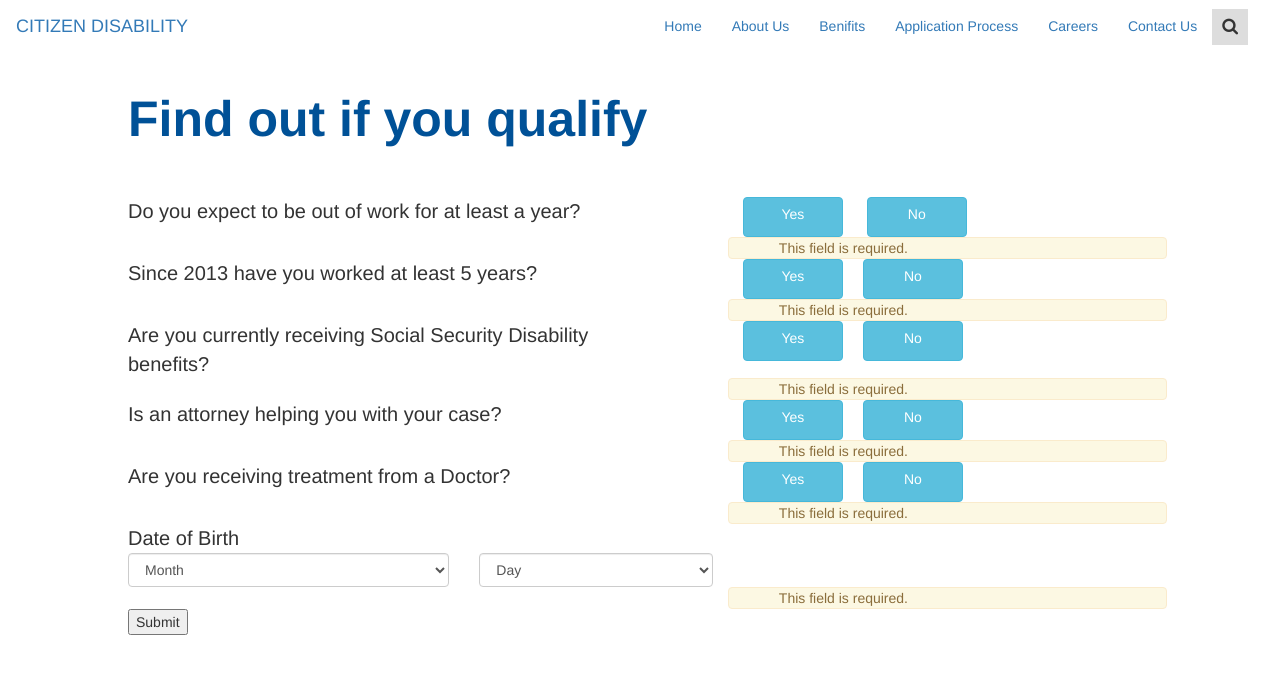
Repository: welcome0605/Embed-html-integrate-with-API
Page: Home.html
These files come from the project's save history. The page is drawn as it stood at one moment and after a run of saves; the edit follows.
The browser window is 1280 px wide. The pictures show the whole page.

Above is the page before, as saved 2019-04-27 17:02:31.

After the next 2 saves:
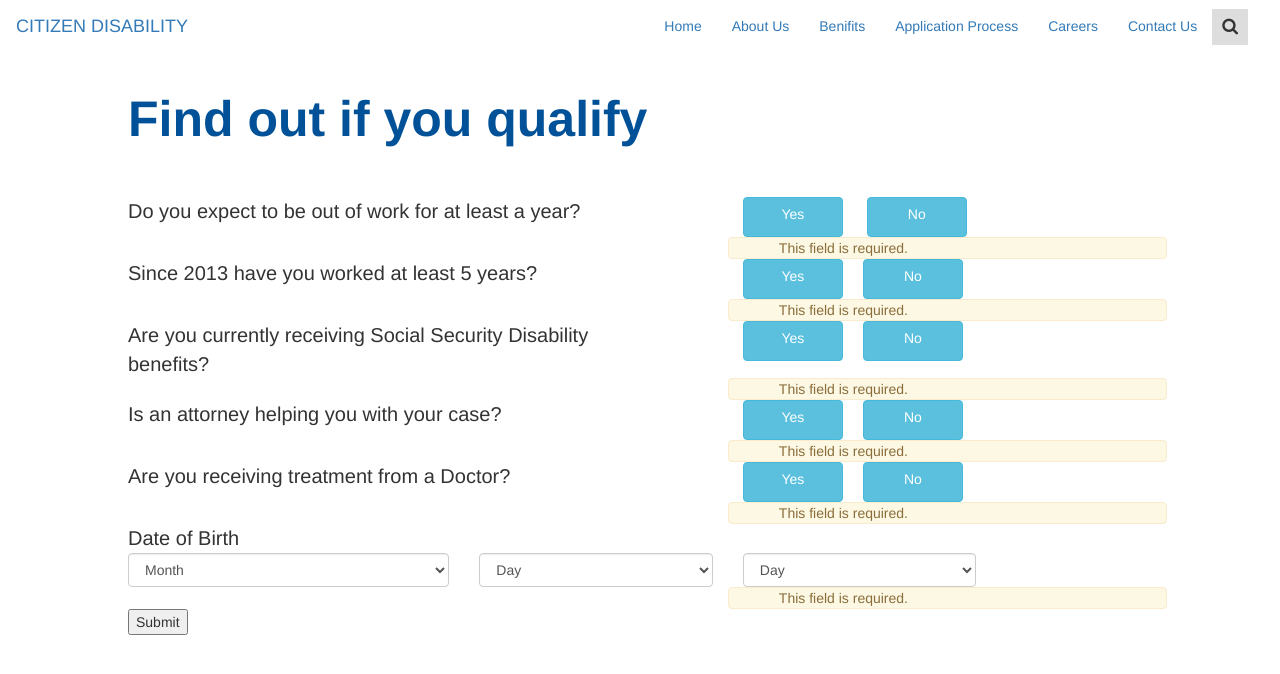
The 2 saves are shown as one change because they came seconds apart.
The last was saved 21 s later.
--- a/Home.html
+++ b/Home.html
@@ -153,6 +153,11 @@
               <option value="day">Day</option>
             </select>
           </div>
+          <div class="col-md-3">
+            <select class="form-control" id="day">
+              <option value="day">Day</option>
+            </select>
+          </div>
         </div>
         <div class="row">
           <div class="col-md-7"></div>
